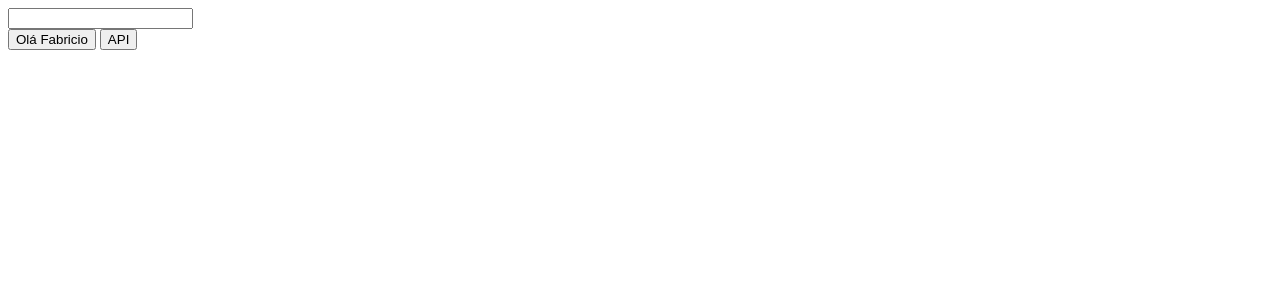
Repository: KennedyWanderson/applying-API
Page: index.html
These files come from the project's save history. The page is drawn as it stood at one moment and after a run of saves; the edit follows.
The browser window is 1280 px wide. The pictures show the whole page.

Above is the page before, as saved 2024-01-14 14:07:05.

### index.html
<!DOCTYPE html>
<html lang="en">
<head>
    <meta charset="UTF-8">
    <meta name="viewport" content="width=device-width, initial-scale=1.0">
    <title>Document</title>
</head>
<body>

    <div>
        <input type="text">
    </div>

    <button onclick="Teste()">Olá Fabricio</button>
    <button onclick="Get()">API</button>
</body>
    <script src="./index.js"></script>
</html>

### index.js


function Teste(){
    console.log("Hello World!!!!")
}

function Get() {

    return fetch('https://apigenerator.dronahq.com/api/J4WXW45N/data')

      .then((response) => response.json())

      .then((data) => console.log(data));

  }

After the next 6 saves:
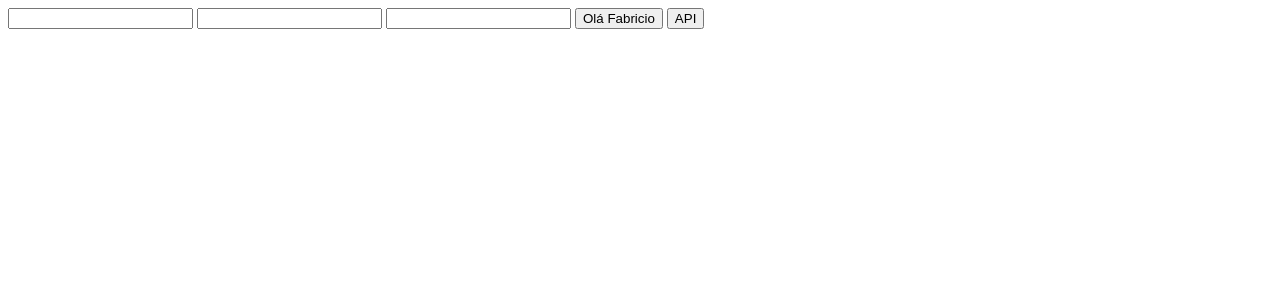
The 6 saves are shown as one change because they came seconds apart.
The last was saved 17 s later.
--- a/index.html
+++ b/index.html
@@ -9,6 +9,8 @@
 
     <div>
         <input type="text">
+        <input type="text">
+        <input
     </div>
 
     <button onclick="Teste()">Olá Fabricio</button>
